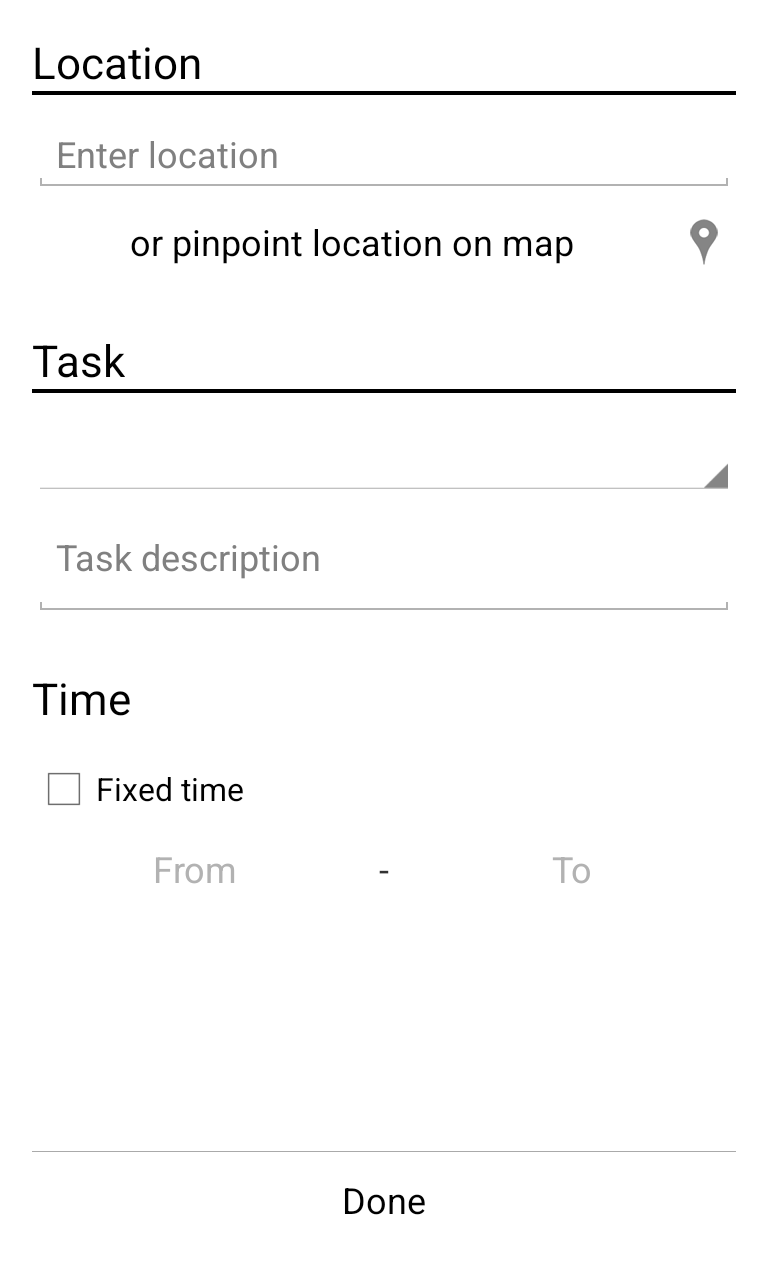
Repository: larserikstrand/IMT4904-Master
Layout: MTP/res/layout/activity_new_task.xml
These files come from the project's save history. The layout is drawn as it stood at one moment and after the next save; the edit follows.
It is drawn on a 768 x 1280 px phone screen (xhdpi) without system bars, with theme android:Theme.Holo.Light; the app's code is not run.

Above is the layout before, as saved 2014-02-10 21:03:49.

After the next save:
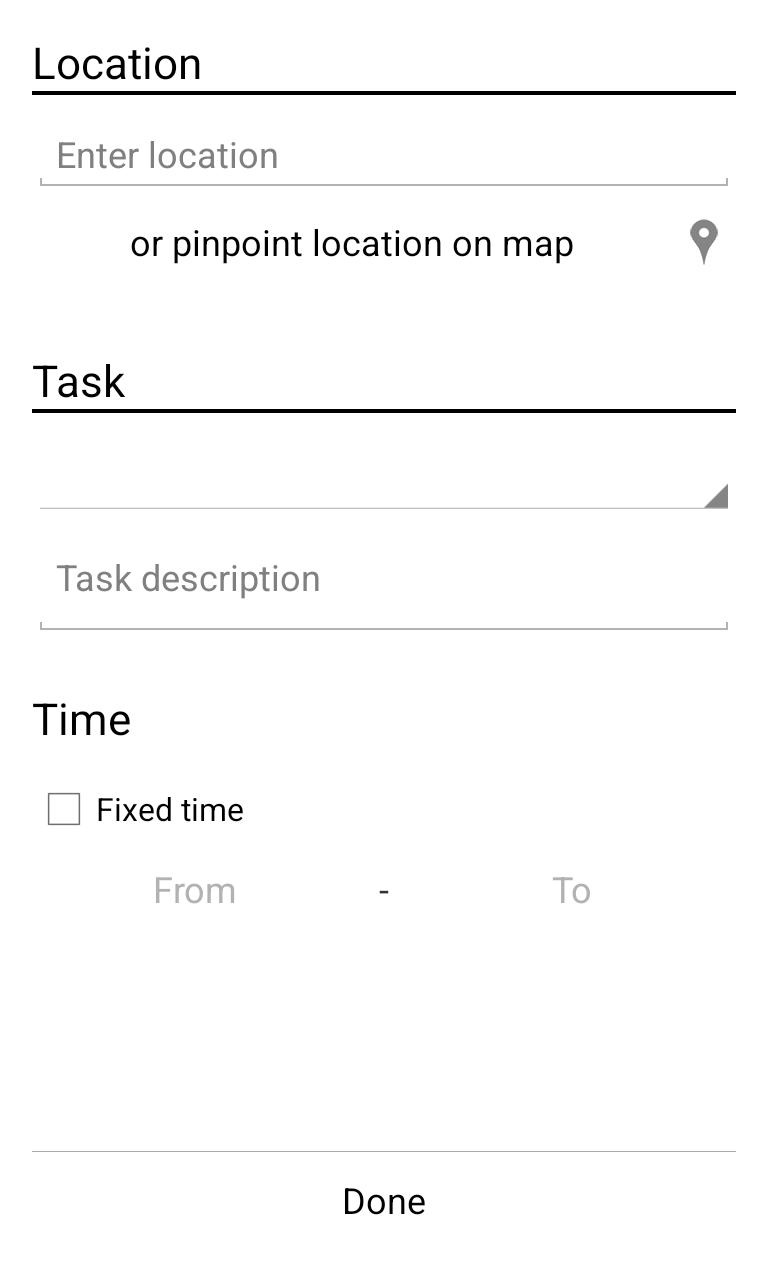
Saved 6 s later.
--- a/MTP/res/layout/activity_new_task.xml
+++ b/MTP/res/layout/activity_new_task.xml
@@ -43,7 +43,7 @@
     		<TextView
         		android:layout_width="wrap_content"
         		android:layout_height="wrap_content"
-        		android:layout_marginTop="20dp"
+        		android:layout_marginTop="30dp"
         		android:text="@string/task"
         		android:textAppearance="?android:attr/textAppearanceLarge" />
 
